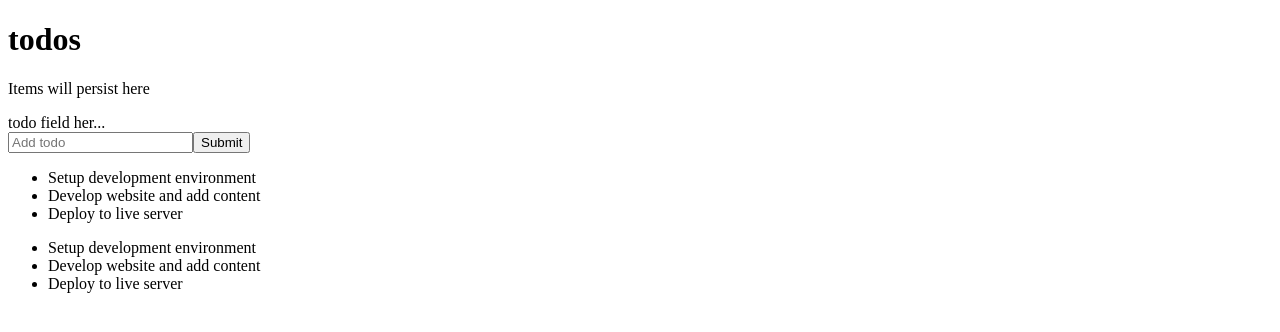
Repository: Paulinelali/todo-react
Page: / (app in todo-react-app/)
An editor plug-in stored every save of this project. The page is shown before and after the next save, followed by the edit.
The browser window is 1280 px wide. The pictures show the whole page.
The project was rebuilt for these pictures with package versions that can differ from the ones it lists, and the page was loaded fresh each time. Also part of the build but not shown: todo-react-app/vite.config.js.

Above is the page before, as saved 2023-07-12 19:35:31.

### todo-react-app/src/main.jsx
import React from "react";
import ReactDOM from "react-dom/client";

import TodoApp from '@/components/TodoApp';

const domContainer = document.getElementById("root");
const root = ReactDOM.createRoot(domContainer);
root.render(<TodoApp />);

### todo-react-app/src/components/TodoApp.jsx
import Header from '@/components/Header';
import TodoLogic from './TodosLogic';

const TodoApp = () => {
  return (
    <div>
      <Header />
      <TodoLogic />
    </div>
  )
}

export default TodoApp

### todo-react-app/src/components/Header.jsx
const Header = () => {
  return (
    <header>
      <h1>todos</h1>
      <p>Items will persist here</p>
    </header>
  )
}

export default Header

### todo-react-app/src/components/TodosLogic.jsx
import InputTodo from "./InputTodo";
import TodoList from "./TodosList"

const TodoLogic = () => {

  const todos = [
    {
      id: 1,
      title: 'Setup development environment',
      completed: true,
    },
    {
      id: 2,
      title: 'Develop website and add content',
      completed: false,
    },
    {
      id: 3,
      title: 'Deploy to live server',
      completed: false,
    },
  ];

  return (
    <div>
      <InputTodo />
      <TodoList todosProps={todos}/>
      <ul>
        {todos.map((todo) => (
          <li>{todo.title}</li>
        ))}
      </ul>
    </div>
  )
}

export default TodoLogic

### todo-react-app/src/components/InputTodo.jsx
import { useState } from "react"
const InputTodo = ({addTodoItem}) => {

  const [title, setTitle] = useState("")
  const [message, setMessage] = useState("")

  const handleChange = (e) => {
    setTitle(e.target.value)
  }

  const handleSubmit = (e) => {
    e.preventDefault();
    if(title.trim()){
      addTodoItem(title);
      setTitle("")
      setMessage("")
    }else{
      setMessage("Please add an item")
    }


  }
  return (
    <div>todo field her...
      <form onSubmit={handleSubmit}>
        <input type="text" value={title} onChange={handleChange} placeholder="Add todo"/>
        <button>Submit</button>
      </form>
      <span>{message}</span>
    </div>
  )
}

export default InputTodo

### todo-react-app/src/components/TodosList.jsx
const TodoList = ({ todosProps }) => {
  return (
    <ul>
      { todosProps.map((todo) => (
        <li>{todo.title}</li>
      ))
      }
    </ul>
  )
}

export default TodoList

Loaded but not shown: todo-react-app/index.html (common file)

After the next save:
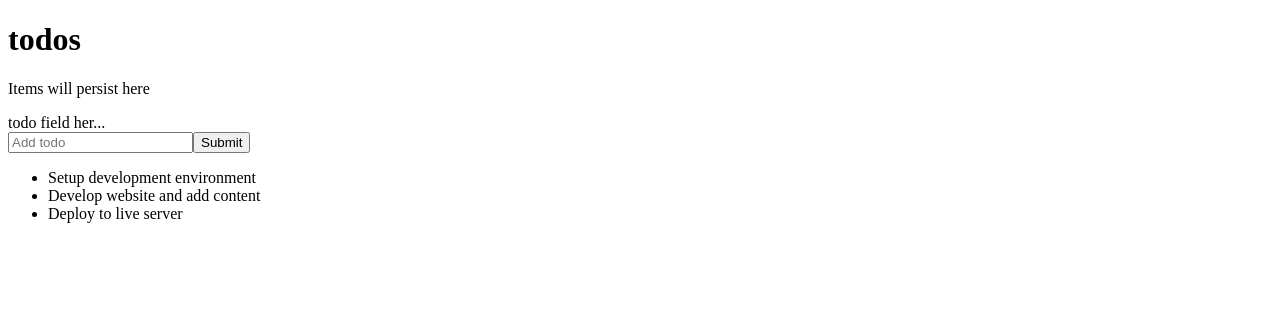
Saved 3 min 31 s later.
--- a/todo-react-app/src/components/TodosLogic.jsx
+++ b/todo-react-app/src/components/TodosLogic.jsx
@@ -25,11 +25,6 @@
     <div>
       <InputTodo />
       <TodoList todosProps={todos}/>
-      <ul>
-        {todos.map((todo) => (
-          <li>{todo.title}</li>
-        ))}
-      </ul>
     </div>
   )
 }
